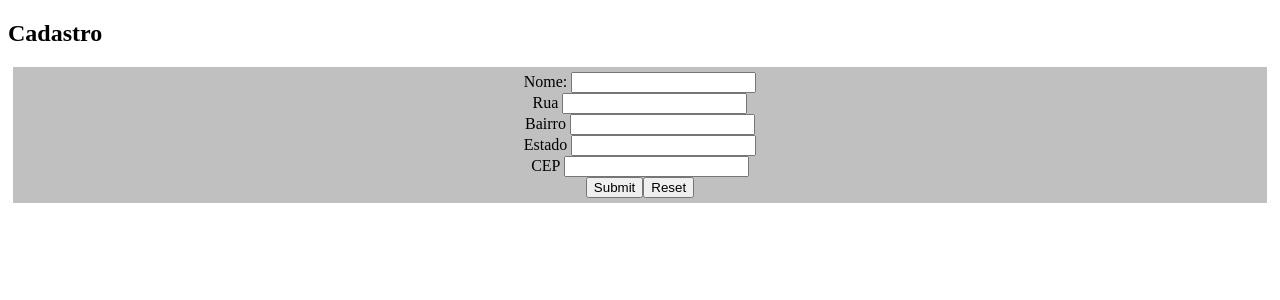
Repository: ViniciusyLima/SpringToolSuite4
Page: http://localhost/aula05/Cadastro.jsp
An editor plug-in stored every save of this project. The page is shown before and after the next save, followed by the edit.
The browser window is 1280 px wide. The pictures show the whole page.
The page is served by Tomcat 9.

Above is the page before, as saved 2023-09-06 12:21:19.

### aula05/src/main/webapp/Cadastro.jsp
<%@ page language="java" contentType="text/html; charset=ISO-8859-1"
    pageEncoding="UTF-8"%>
<!DOCTYPE html>
<html>
<head>
<meta charset="UTF-8">
<title>CADASTRO</title>
</head>
<link rel= stylesheet type= text/css href=Style.css>
<body>
<h2>Cadastro</h2>
	<div  class="texto">
	<form action="lista.jsp">
	<label>Nome:</label>
	<input type="text" name="nome" id="nome">
	<br>
	<label>Rua</label>
	<input type="text" name="rua" id="rua">
	<br>
	<label>Bairro</label>
	<input type="text" name="bairro" id="bairro">
	<br>
	<label>Estado</label>
	<input type="text" name="estado" id="estado">
	<br>
	<label>CEP</label>
	<input type="text" name="cep" id="cep">
	<br>
	<input type="submit"><input type="reset">
	</form>
	</div>
</body>
</html>

### aula05/src/main/webapp/Style.css
@charset "UTF-8";

.texto {
	display: block;
	flex-direction: column;
	text-align: center;
	align-items: center;
	background-color: rgb(192, 192, 192);
	padding: 5px;
	margin: 5px;
}

After the next save:
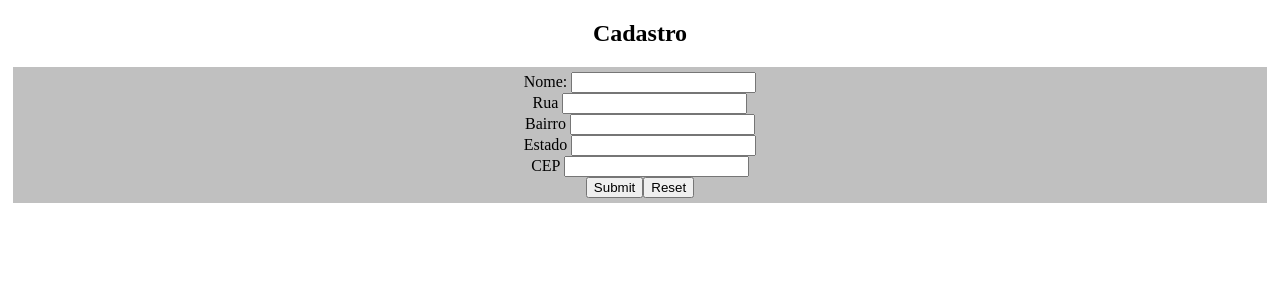
Saved 18 s later.
--- a/aula05/src/main/webapp/Style.css
+++ b/aula05/src/main/webapp/Style.css
@@ -9,3 +9,7 @@
 	padding: 5px;
 	margin: 5px;
 }
+
+h2 {
+	text-align: center;
+}
